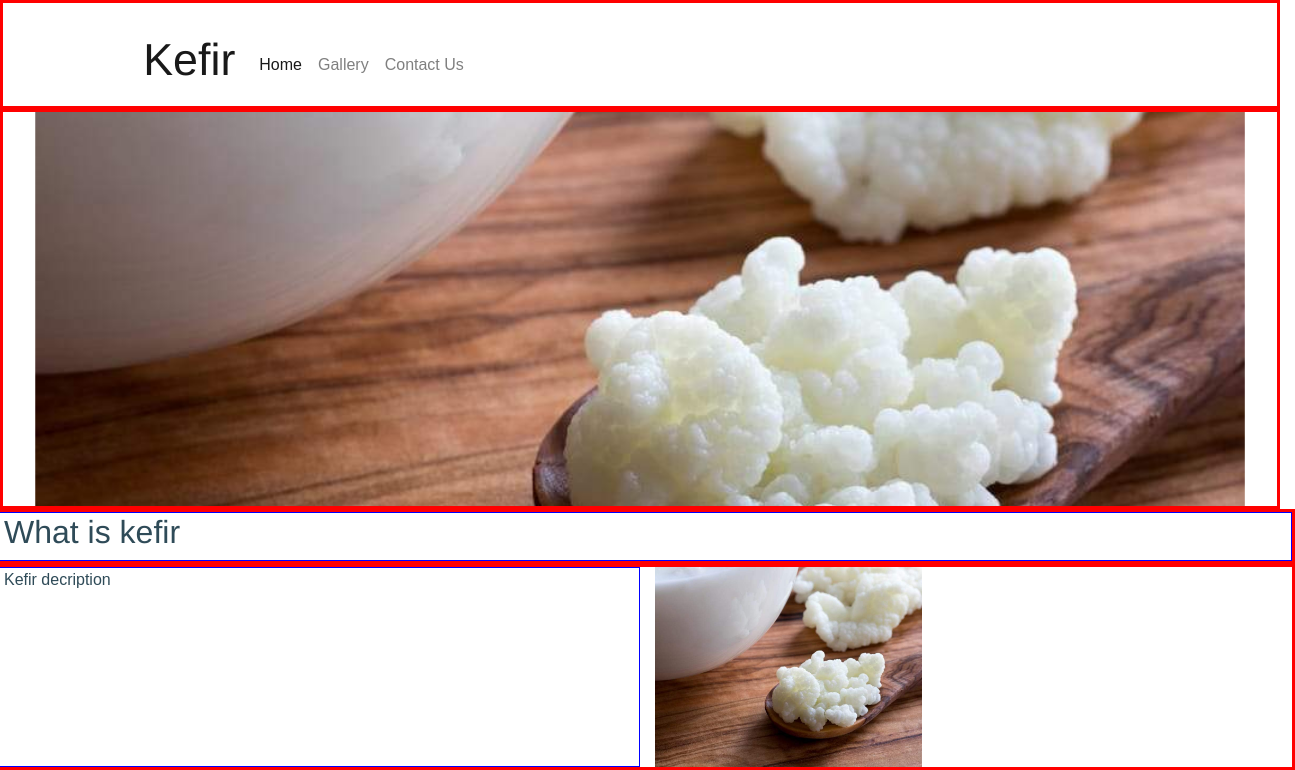
Repository: andna5980/kefir-web
Page: src/index.html
These files come from the project's save history. The page is drawn as it stood at one moment and after the next save; the edit follows.
The browser window is 1280 px wide. The page is 1295 px wide, so the pictures cover 1295 px, including what lies to the right of the window. The pictures show the whole page.
Some web fonts or font styles are not loaded; a fallback is used. Some web libraries are served in a nearby version.

Above is the page before, as saved 2021-02-28 12:05:08.

After the next save:
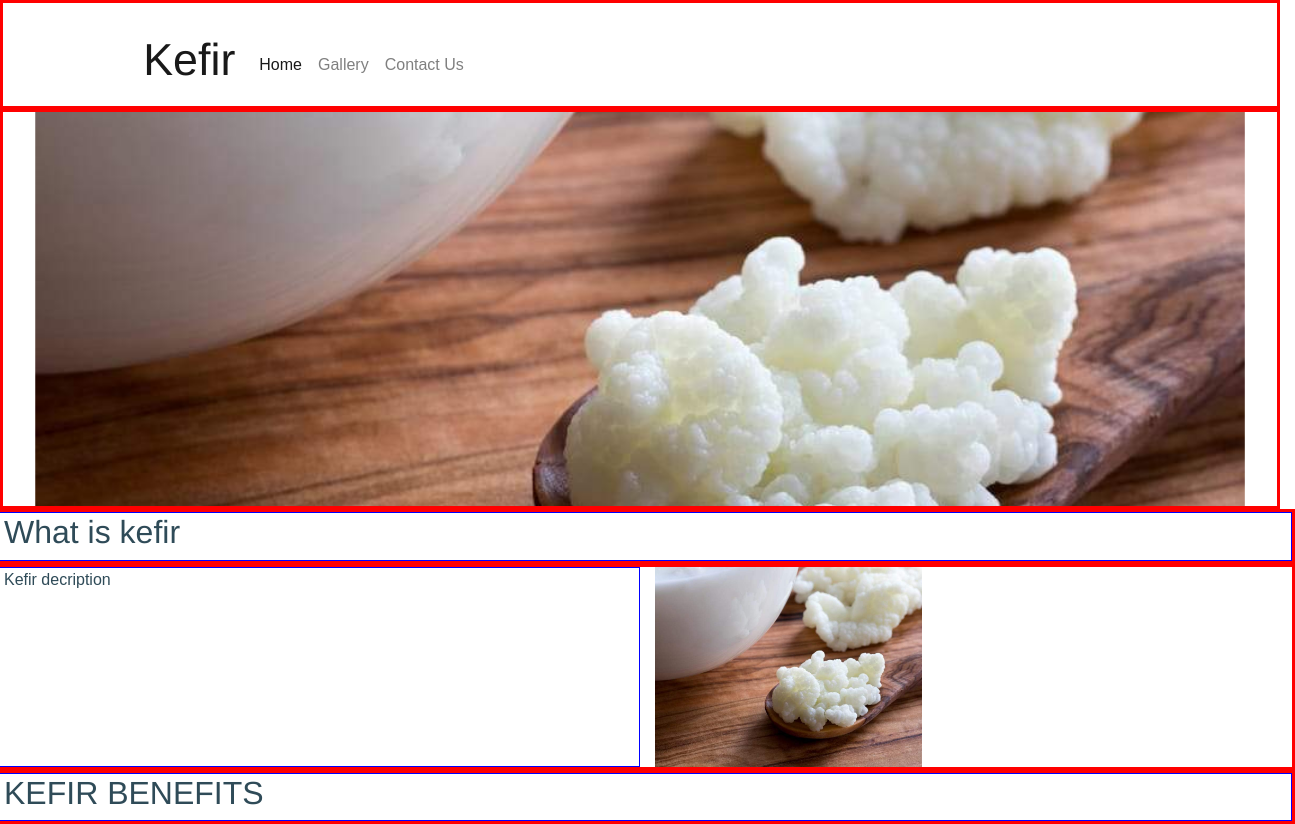
Saved 4 min 59 s later.
--- a/src/index.html
+++ b/src/index.html
@@ -49,7 +49,7 @@
   </div>
 
 
-<!--------------------What -------------------------------------->
+<!--------------------What-is-kefir-------------------------------------->
 
 <section>
   <div class=" test-red row">
@@ -66,12 +66,19 @@
       </div>
     </div>
 
+</section>
+
+
+<!--------------------Kefir-benefits-------------------------------------->
+
+<section>
+  <div class="test-red row">
+    <div class=" test-blue col-12"><h2> KEFIR BENEFITS </h2></div>
+  </div>
 
 
 
 </section>
-
-
 
 
 
